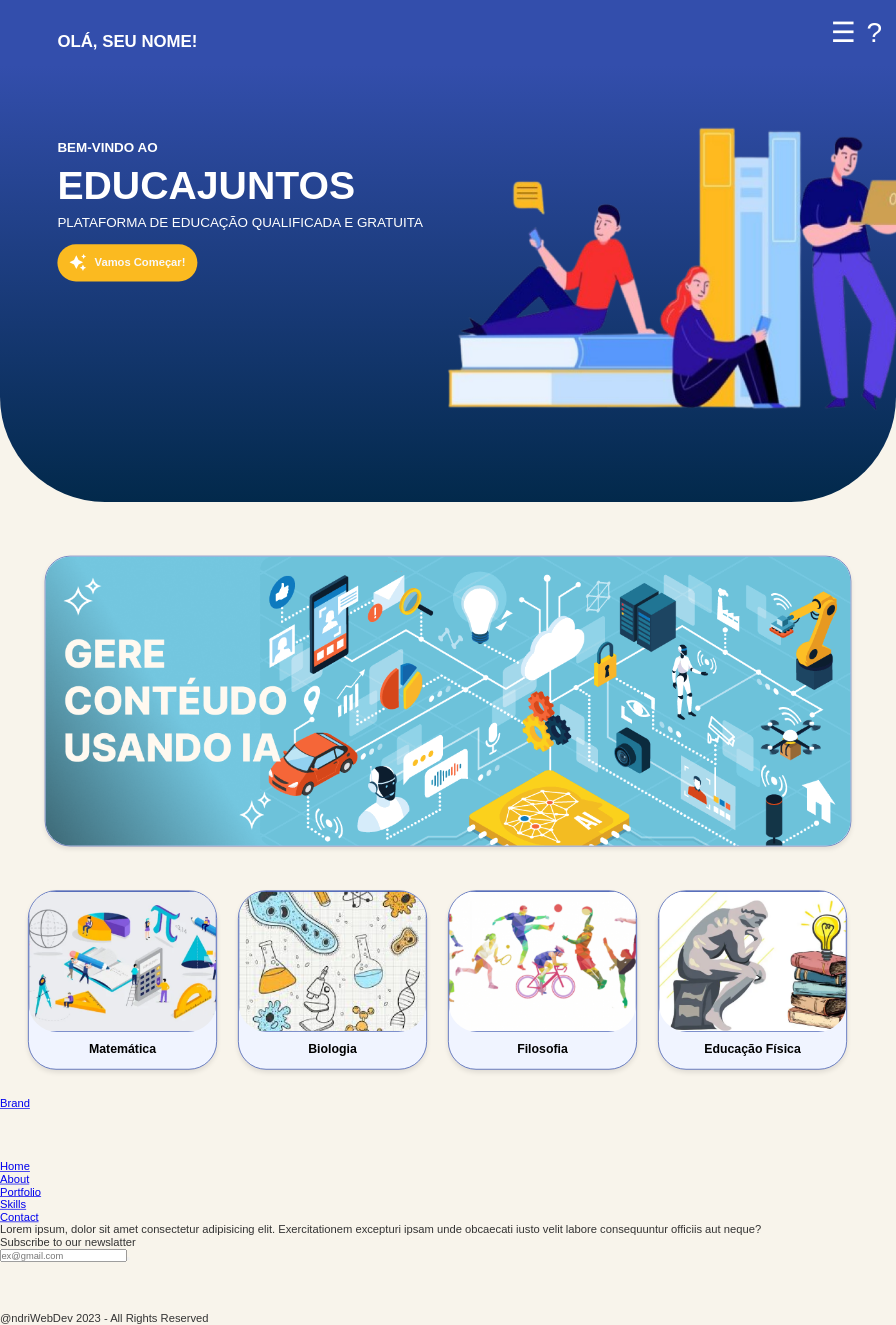
Repository: Matheus904-12/EDUCAJUNTOS
Page: inicio/index.html
The author's editor kept a copy of each file at every save. The page is drawn from the files as they stood at one save, then again after a run of saves.
The browser window is 1280 px wide. The pictures show the whole page, at 70% of full size.

Above is the page before, as saved 2024-10-28 20:19:09.

### inicio/index.html
<!DOCTYPE html>
<html lang="pt-BR">

<head>
    <meta charset="UTF-8">
    <meta name="viewport" content="width=device-width, initial-scale=1.0">
    <title>Educajuntos</title>
    <link rel="stylesheet" href="style.css">
</head>

<body>
    <header>
        <h1>OLÁ, SEU NOME!</h1>
        <nav>
            <button class="menu-btn">&#9776;</button>
            <button class="help-btn">?</button>
        </nav>
    </header>

    <section class="hero">
        <h2>BEM-VINDO AO</h2>
        <h3>EDUCAJUNTOS</h3>
        <p>PLATAFORMA DE EDUCAÇÃO QUALIFICADA E GRATUITA</p>
        <button class="btn">
            <svg height="24" width="24" fill="#FFFFFF" viewBox="0 0 24 24" data-name="Layer 1" id="Layer_1" class="sparkle">
                <path d="M10,21.236,6.755,14.745.264,11.5,6.755,8.255,10,1.764l3.245,6.491L19.736,11.5l-6.491,3.245ZM18,21l1.5,3L21,21l3-1.5L21,18l-1.5-3L18,18l-3,1.5ZM19.333,4.667,20.5,7l1.167-2.333L24,3.5,21.667,2.333,20.5,0,19.333,2.333,17,3.5Z"></path>
            </svg>

            <span class="text">Vamos Começar!</span>
        </button>
        <div class="hero-image">
            <img src="../image/1.png" alt="Imagem ilustrativa de pessoas estudando">
        </div>

    </section>

    <br>
    <br>
    <br>

    <main>

        <div class="category-card large">
            <img src="../image/7.png" alt="IA">
        </div>

        <section class="categories">
            <div class="category-card">
                <img src="../image/2.png" alt="Matemática">
                <p>Matemática</p>
                <br>
            </div>
            <div class="category-card">
                <img src="../image/3.png" alt="Biologia">
                <p>Biologia</p>
                <br>
            </div>
            <div class="category-card">
                <img src="../image/6.png" alt="Filosofia">
                <p>Filosofia</p>
                <br>
            </div>
            <div class="category-card">
                <img src="../image/5.png" alt="Educação Física">
                <p>Educação Física</p>
                <br>
            </div>
        </section>
    </main>

    <footer class="footer">
        <div class="container">
          <div class="col1">
            <a href="#" class="brand">Brand</a>
            <ul class="media-icons">
              <li>
                <a href="#"><i class="fa-brands fa-youtube"></i></a>
              </li>
              <li>
                <a href="#"><i class="fa-brands fa-discord"></i></a>
              </li>
              <li>
                <a href="#"><i class="fa-brands fa-instagram"></i></a>
              </li>
              <li>
                <a href="#"><i class="fa-brands fa-github"></i></a>
              </li>
            </ul>
          </div>
          <div class="col2">
            <ul class="menu">
              <li><a href="#">Home</a></li>
              <li><a href="#">About</a></li>
              <li><a href="#">Portfolio</a></li>
              <li><a href="#">Skills</a></li>
              <li><a href="#">Contact</a></li>
              <p>Lorem ipsum, dolor sit amet consectetur adipisicing elit. Exercitationem excepturi ipsam unde obcaecati iusto velit labore consequuntur officiis aut neque?</p>
            </ul>
          </div>
          <div class="col3">
            <p>Subscribe to our newslatter</p>
            <form>
              <div class="input-wrap">
                <input type="email" placeholder="ex@gmail.com" /><button type="submit"><i class="fa-solid fa-paper-plane"></i></button>
              </div>
            </form>
            <ul class="services-icons">
              <li>
                <a href="#"><i class="fa-brands fa-cc-paypal"></i></a>
              </li>
              <li>
                <a href="#"><i class="fa-brands fa-cc-apple-pay"></i></a>
              </li>
              <li>
                <a href="#"><i class="fa-brands fa-google-pay"></i></a>
              </li>
              <li>
                <a href="#"><i class="fa-brands fa-cc-amazon-pay"></i></a>
              </li>
            </ul>
          </div>
        </div>
        <div class="footer-bottom">
          <div class="mekk">
            <p>@ndriWebDev 2023 - All Rights Reserved</p>
          </div>
        </div>
      </footer>

    <script src="script.js"></script>
</body>

</html>

### inicio/style.css
* {
    margin: 0;
    padding: 0;
    box-sizing: border-box;
    font-family: Arial, sans-serif;
}

body {
    background-color: #F8F4EB;
    color: #333;
}

header {
    background-color: #334EAC;
    color: #fff;
    padding: 20px;
    display: flex;
    justify-content: space-between;
    align-items: center;
}

header h1 {
    font-size: 1.5em;
    margin-left: 5%;
    margin-top: 2%;
}

nav {
    display: flex;
    gap: 15px;
}

.menu-btn,
.help-btn {
    background: none;
    border: none;
    color: #fff;
    font-size: 2.5em;
    cursor: pointer;
}

/* Hero Section with Rounded Bottom Borders and Centered Image */
.hero {
    background: linear-gradient( #334EAC, #02294b);
    color: #fff;
    padding: 45px 20px;
    border-bottom-left-radius: 150px;
    border-bottom-right-radius: 150px;
    position: relative;
    display: flex;
    flex-direction: column;
    align-items: flex-start;
    overflow: hidden;

}

.hero h2 {
    font-size: 1.2em;
    margin-bottom: 10px;
    font-weight: bold;
    margin-left: 5%;
    margin-top: 5%;
}

.hero h3 {
    font-size: 3.5em;
    margin-bottom: 10px;
    font-weight: bold;
    margin-left: 5%;
}

.hero p {
    font-size: 1.2em;
    margin-bottom: 20px;
    margin-left: 5%;
}

.hero-image {
    display: flex;
    margin-left: 45%;
    width: 782px;
    height: 580px;
    margin-top: -25%;
}

.hero-image img {
    width: 100%;
    height: auto;
    border-radius: 0 0 150px 150px;
}

/* Categories Section */
.categories {
    display: grid;
    grid-template-columns: repeat(4, 1fr);
    gap: 0px;
    padding: 40px;
}

.category-card {
    background-color: #F0F4FF; /* Cor de fundo suave */
    border: 1px solid #334EAC; /* Contorno azul */
    border-radius: 40px;
    text-align: center;
    box-shadow: 0px 4px 8px rgba(0, 0, 0, 0.1);
    width: 90%;
    height: 100%;

}

.category-card img {
    width: 100%;
    border-radius: 40px;
    margin-top: 0px;
}

.category-card p {
    margin-top: 10px;
    font-size: 1.1em;
    font-weight: bold;
    color: #000000;
}

/* Ajuste do card para o modo grande */
.category-card.large {
    grid-column: span 2;
    display: flex;
    justify-content: center;
    align-items: center;
    font-size: 1.5em;
    font-weight: bold;
    width: 100%;
    transform: scale(90%);
    border-radius: 40px;
}

/* From Uiverse.io by AlimurtuzaCodes */
.btn {
    border: none;
    width: 15em;
    height: 4em;
    border-radius: 3em;
    display: flex;
    justify-content: center;
    align-items: center;
    gap: 12px;
    background: #fbba20;
    cursor: pointer;
    transition: all 450ms ease-in-out;
    margin-left: 5%;
  }

  .sparkle {
    fill: #ffffff;
    transition: all 800ms ease;
  }

  .text {
    font-weight: 600;
    color: #f8f8f8;
    font-size: medium;
  }

  .btn:hover {
    background: linear-gradient(0deg,#cca152);
    box-shadow: inset 0px 1px 0px 0px rgba(255, 255, 255, 0.4),
    inset 0px -4px 0px 0px rgba(0, 0, 0, 0.2),
    0px 0px 0px 4px rgba(255, 255, 255, 0.2),
    0px 0px 180px 0px #334EAC;
    transform: translateY(-2px);
  }

  .btn:hover .text {
    color: white;
  }

  .btn:hover .sparkle {
    fill: white;
    transform: scale(1.2);
  }

### inicio/script.js
document.addEventListener('DOMContentLoaded', () => {
    const menuButton = document.querySelector('.menu-btn');
    const dropdownMenu = document.querySelector('.dropdown-menu');

    menuButton.addEventListener('click', () => {
        dropdownMenu.style.display = dropdownMenu.style.display === 'block' ? 'none' : 'block';
    });

    // Fecha o menu dropdown ao clicar fora dele
    document.addEventListener('click', (event) => {
        if (!menuButton.contains(event.target) && !dropdownMenu.contains(event.target)) {
            dropdownMenu.style.display = 'none';
        }
    });
});

After the next 2 saves:
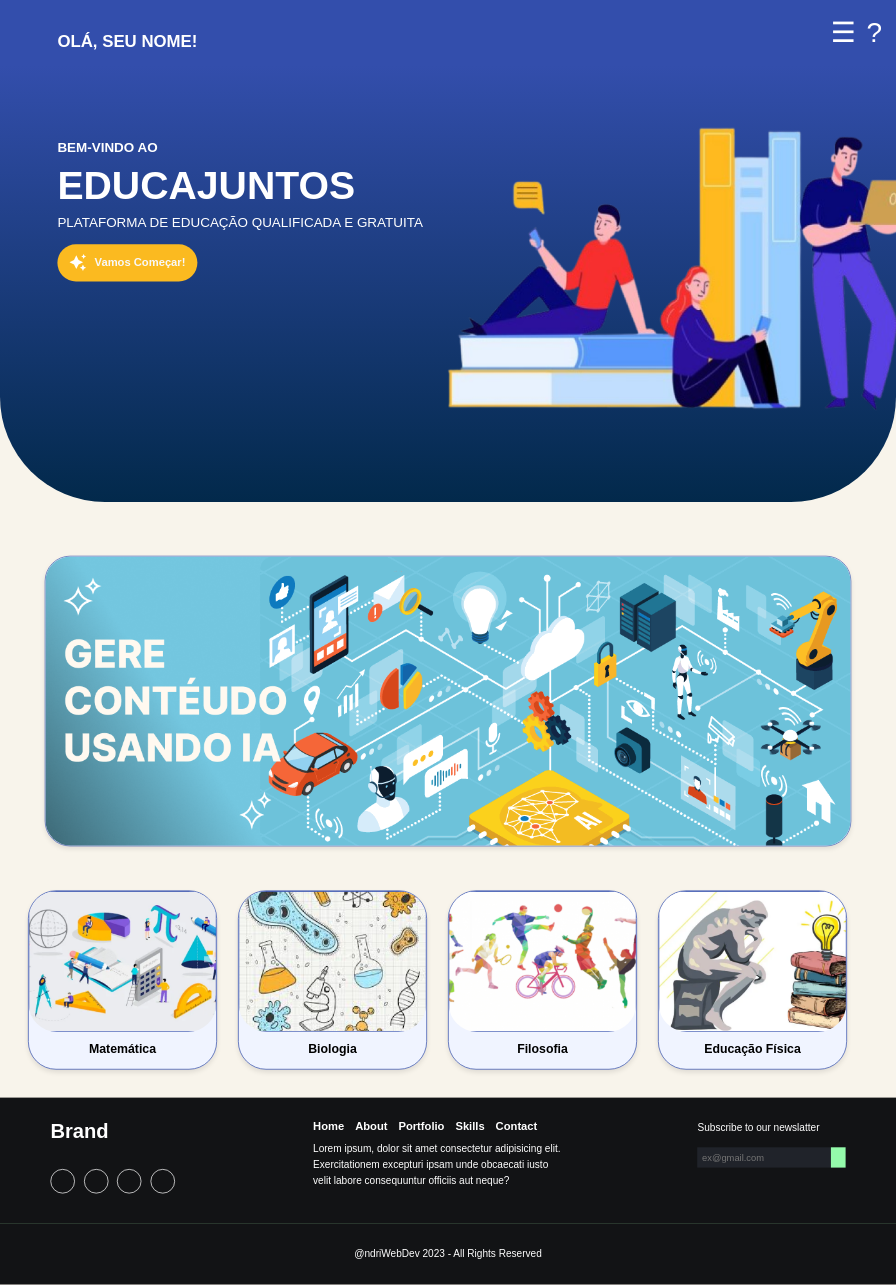
The 2 saves are shown as one change because they came seconds apart.
The last was saved 33 s later.
--- a/inicio/style.css
+++ b/inicio/style.css
@@ -178,3 +178,111 @@ nav {
     fill: white;
     transform: scale(1.2);
   }
+
+  footer {
+    box-sizing: border-box;
+    margin: 0;
+    padding: 0;
+    color: #fff;
+    background: #121315;
+  }
+  footer ul {
+    list-style: none;
+  }
+  footer p {
+    color: #fff;
+    max-width: 25em;
+    font-size: 0.9em;
+    line-height: 23px;
+  }
+  footer a {
+    color: #fff;
+    text-decoration: none;
+  }
+  footer .container {
+    max-width: 1200px;
+    margin: 0 auto;
+    padding: 2em;
+  }
+  .footer .container {
+    display: flex;
+    justify-content: space-between;
+    gap: 2em;
+  }
+  .brand {
+    display: block;
+    font-size: 1.8em;
+    font-weight: 600;
+    margin-bottom: 1em;
+  }
+  .media-icons li,
+  .services-icons li {
+    display: inline-block;
+    margin: 0.5em 0.5em 0.5em 0;
+  }
+  .media-icons a {
+    font-size: 1.1em;
+    width: 2em;
+    height: 2em;
+    border: 1px #fff solid;
+    border-radius: 50%;
+    display: flex;
+    justify-content: center;
+    align-items: center;
+    transition: 0.3s;
+  }
+  .media-icons a:hover {
+    background: #fff;
+    color: #111;
+  }
+  .services-icons a {
+    font-size: 1.6em;
+  }
+  .services-icons a:hover {
+    color: #94fbab;
+  }
+  .footer-bottom {
+    display: flex;
+    justify-content: center;
+    border-top: 1px solid rgba(138, 208, 153, 0.36);
+    padding: 2em;
+  }
+  .footer .menu {
+    margin-bottom: 1em;
+  }
+  .footer .menu li {
+    display: inline-block;
+    margin: 0 0.7em 0.7em 0;
+    text-align: center;
+  }
+  .footer .menu a {
+    transition: 0.3s;
+    font-weight: 600;
+  }
+  .footer .menu a:hover {
+    color: #94fbab;
+  }
+  .input-wrap {
+    margin: 1em 0;
+    display: flex;
+  }
+  .input-wrap input {
+    padding: 0.5em;
+    border: none;
+    background: #20232a;
+    color: #ccc;
+  }
+  .input-wrap input:focus {
+    outline: none;
+  }
+  .input-wrap button {
+    padding: 0.8em;
+    background: #94fbab;
+    border: none;
+    color: #217634;
+    transition: 0.3s;
+  }
+  .input-wrap button:hover {
+    background: #fff;
+    color: #111;
+  }
